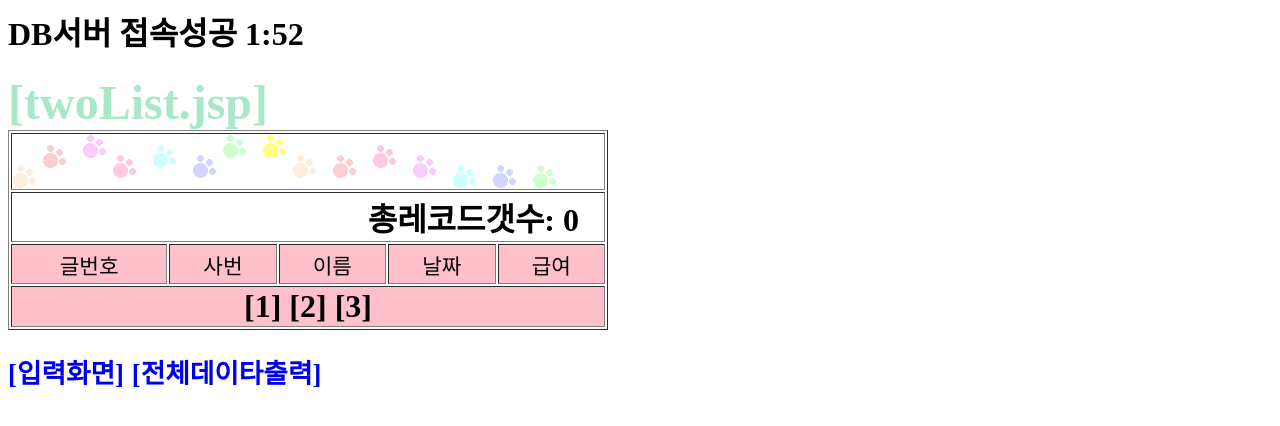
Repository: sorakazae/ITBANK_JSP_101
Page: http://localhost/Web0517/twoList.jsp
An editor plug-in stored every save of this project. The page is shown before and after the next save, followed by the edit.
The browser window is 1280 px wide. The pictures show the whole page.
The page is served by Tomcat 9. Queries for data that is not in the repository find no rows.

Above is the page before, as saved 2014-06-01 03:39:23.

After the next save:
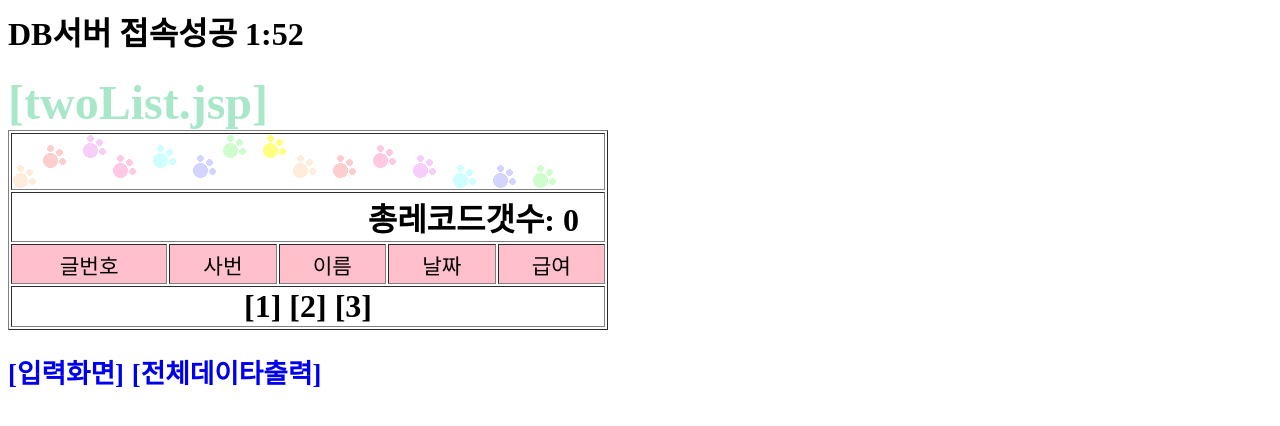
Saved 41 s later.
--- a/day8/my/Web0517/WebContent/twoList.jsp
+++ b/day8/my/Web0517/WebContent/twoList.jsp
@@ -93,7 +93,7 @@
 	}catch(Exception ex){}
  %>
 
- <tr height=40 bgcolor=pink align="center">
+ <tr height=40 bgcolor=white align="center">
   	<td colspan=5>
   		<font size=6> <b> [1] [2] [3] </b></font>
   	</td>
